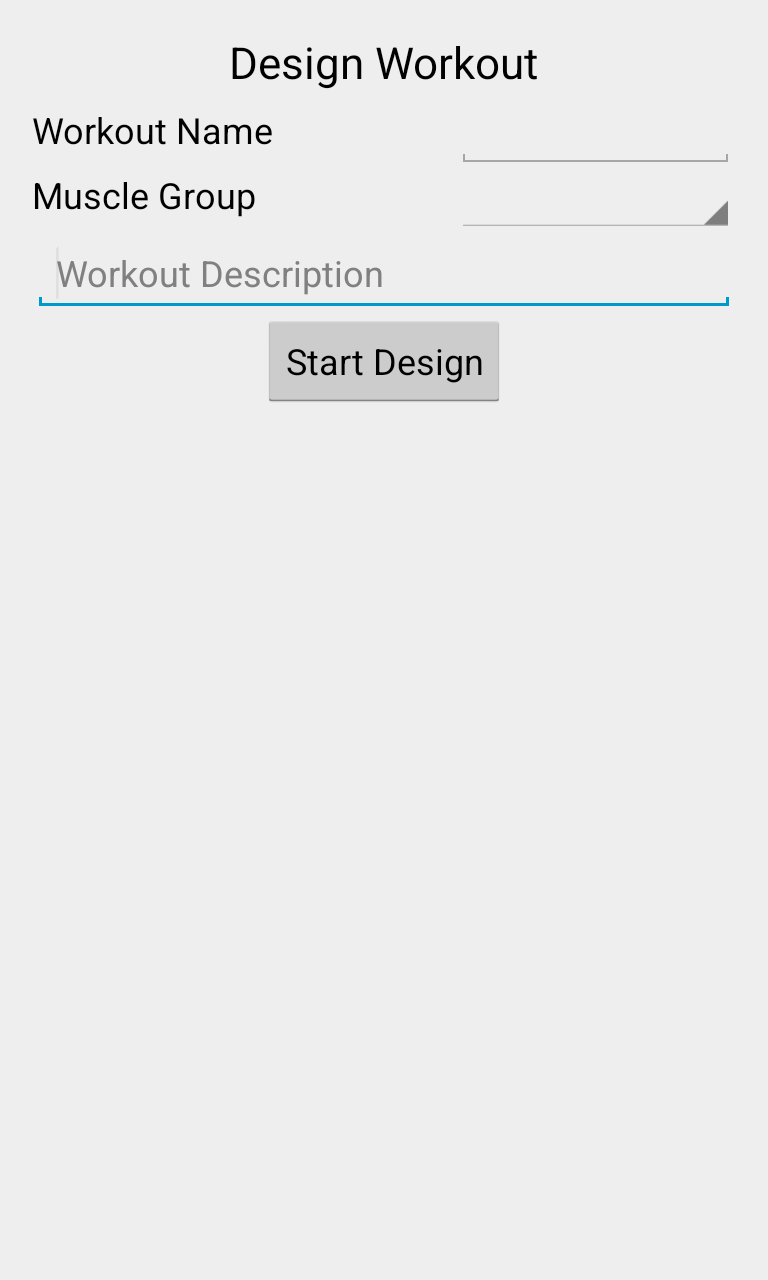
Repository: jmcdon09/EZWorkout
Layout: EzTrain/EzTrain/res/layout/activity_design_workout.xml
An editor plug-in stored every save of this project. The layout is shown before and after the next save, followed by the edit.
It is drawn on a 768 x 1280 px phone screen (xhdpi) without system bars, with theme AppTheme; the app's code is not run.

Above is the layout before, as saved 2014-03-30 14:39:09.

### EzTrain/EzTrain/res/layout/activity_design_workout.xml
<LinearLayout xmlns:android="http://schemas.android.com/apk/res/android"
    xmlns:tools="http://schemas.android.com/tools"
    android:id="@+id/LinearLayout1"
    android:layout_width="match_parent"
    android:layout_height="match_parent"
    android:orientation="vertical"
    android:background="@color/background"
    android:paddingBottom="@dimen/activity_vertical_margin"
    android:paddingLeft="@dimen/activity_horizontal_margin"
    android:paddingRight="@dimen/activity_horizontal_margin"
    android:paddingTop="@dimen/activity_vertical_margin"
    tools:context=".DesignWorkout" >

    <TextView
        android:id="@+id/design_your_workout"
        android:layout_width="wrap_content"
        android:layout_gravity="center"
        android:layout_height="wrap_content"
        android:text="@string/design_work"
        android:textAppearance="?android:attr/textAppearanceLarge" />

    <LinearLayout android:layout_width="fill_parent" android:layout_height="wrap_content"
        android:weightSum="100" >
        <TextView
	        android:id="@+id/design_name"
	        android:layout_weight="40"
	        android:layout_width="fill_parent"
    	    android:layout_height="wrap_content"
        	android:text="@string/workout_name"
        	android:textAppearance="?android:attr/textAppearanceMedium" />

    	<EditText
    	    android:layout_weight="60"
        	android:id="@+id/design_name_enter"
        	android:layout_width="fill_parent"
        	android:layout_height="wrap_content"
        	android:inputType="text"
        	android:ems="10" >

        	<requestFocus />
    	</EditText>
	</LinearLayout>

    <LinearLayout android:layout_width="fill_parent" android:layout_height="wrap_content"
        android:weightSum="100" >
	    <TextView
	        android:id="@+id/design_muscle_group"
	        android:layout_width="fill_parent"
	        android:layout_height="wrap_content"
	        android:text="@string/muscle_group"
	        android:layout_weight="40"
	        android:textAppearance="?android:attr/textAppearanceMedium" />

	    <Spinner
	        android:id="@+id/muscle_group_spinner"
	        android:layout_weight="60"
	        android:layout_width="fill_parent"
	        android:layout_height="wrap_content" />

	</LinearLayout>


	<EditText
	    android:id="@+id/design_workout_notes_input"
	    android:layout_width="fill_parent"
	    android:layout_height="wrap_content"
        android:ems="10"
	    android:inputType="textMultiLine"
	    android:hint="@string/workout_description" >
        <requestFocus />
	</EditText>

    <Button
        android:id="@+id/design_workout_begin"
        android:layout_width="wrap_content"
        android:layout_height="wrap_content"
        android:layout_gravity="center"
        android:text="@string/begin_design" />

</LinearLayout>

### EzTrain/EzTrain/res/values-v11/styles.xml
<?xml version="1.0" encoding="utf-8"?>
<resources>

    <!--
        Base application theme for API 11+. This theme completely replaces
        AppBaseTheme from res/values/styles.xml on API 11+ devices.
    -->
    <style name="AppBaseTheme" parent="android:Theme.Holo.Light">
        <!-- API 11 theme customizations can go here. -->
    </style>

    <style name="FullscreenTheme" parent="android:Theme.Holo">
        <item name="android:actionBarStyle">@style/FullscreenActionBarStyle</item>
        <item name="android:windowActionBarOverlay">true</item>
        <item name="android:windowBackground">@null</item>
        <item name="buttonBarStyle">?android:attr/buttonBarStyle</item>
        <item name="buttonBarButtonStyle">?android:attr/buttonBarButtonStyle</item>
    </style>

    <style name="FullscreenActionBarStyle" parent="android:Widget.Holo.Light.ActionBar">
        <item name="android:background">@color/action_bar_background</item>
        <item name="android:actionMenuTextColor">@color/black_overlay</item>
    </style>

</resources>

### EzTrain/EzTrain/res/values-v14/styles.xml
<resources xmlns:android="http://schemas.android.com/apk/res/android">

    <!--
        Base application theme for API 14+. This theme completely replaces
        AppBaseTheme from BOTH res/values/styles.xml and
        res/values-v11/styles.xml on API 14+ devices.
    -->
    <style name="AppBaseTheme" parent="@android:style/Theme.Holo.Light.DarkActionBar">
        <!-- API 14 theme customizations can go here. -->
        <item name="android:actionBarStyle">@style/MyActionBar</item>


    </style>

    <style name="MyActionBar" parent="@android:style/Widget.Holo.Light.ActionBar">
        <item name="android:background">@color/action_bar_background</item>
        <item name="android:titleTextStyle">@style/MyActionBarTitle</item>
    </style>

	<style name="MyActionBarTitle" parent="@android:style/TextAppearance.Holo.Widget.ActionBar.Title">
	    <item name="android:textColor">@color/title</item>

	</style>

	<style name="LargeTableText">
	    <item name="android:textAppearance">?android:attr/textAppearanceSmall</item>
	</style>



</resources>

### EzTrain/EzTrain/res/values/colors.xml
<resources>

    <color name="action_bar_background">#4db6af</color>
    <color name="black_overlay">#66000000</color>
    <color name="background">#eee</color>
    <color name="font">#444</color>
    <color name="accent">#ccc</color>
    <color name="title">#FFF</color>

</resources>

### EzTrain/EzTrain/res/values/strings.xml
<?xml version="1.0" encoding="utf-8"?>
<resources>

    <string name="app_name">EZWorkout</string>

    <string-array name="muscle_groups">
        <item>Arms</item>
        <item>Abdominals</item>
        <item>Chest</item>
        <item>Back</item>
        <item>Legs</item>
        <item>Shoulders</item>
    </string-array>

    <string-array name="my_workouts">
        <item>Biceps</item>
        <item>Major Chest Workout</item>
        <item>Leg Destroyer</item>
        <item>Ab Crusher</item>
    </string-array>

    <string-array name="chest">
        <item>Benchpress</item>
        <item>Butterflys</item>
        <item>Push Ups</item>
        <item>Iron Cross</item>
        <item>Decline Dumbell Press</item>
        <item></item>
    </string-array>

    <string-array name="arms">
        <item>Bicep Curls</item>
        <item>Spider Curls</item>
        <item>Tricep Dips</item>
        <item>Skullcrushers</item>
        <item>French Press</item>
    </string-array>

    <string-array name="shoudlers">
        <item>Shoulder Abduction</item>
        <item>Military Press</item>
    </string-array>

    <string-array name="abdominals">
        <item>Crunches</item>
        <item>Russian Twists</item>
        <item>Sit-ups</item>
        <item>Toe Touches</item>
    </string-array>

    <string-array name="legs">
        <item>One Legged Squats</item>
        <item>Romanian Deadlifts</item>
        <item>Trap Bar Deadlifts</item>
        <item>Box Jumps</item>
    </string-array>

    <string-array name="back">
        <item>Standing Good Mornings</item>
        <item>Seated Good Mornings</item>
        <item>Reverse Hypers</item>
        <item>Chin Ups</item>
    </string-array>

    <string name="workout_now">Start Workout</string>
    <string name="progress">My Progress</string>
    <string name="design_work">Design Workout</string>
    <string name="title_activity_start_workout">Start Workout</string>
    <string name="title_activity_my_progress">My Progress</string>
    <string name="title_activity_design_workout">Design Workout</string>
    <string name="title_activity_add_exercises">Add Exercises</string>
    <string name="title_activity_create_exercise">Create Exercise</string>
    <string name="title_activity_preview_workout">Preview Workout</string>
    <string name="title_activity_my_workouts">My Workouts</string>
    <string name="title_activity_workout">Workout</string>
    <string name="title_activity_active_workout">Active Workout</string>
    <string name="workout_name">Workout Name</string>
    <string name="return_workout"></string>
    <string name="action_settings">Action Settings</string>
    <string name="add_exercise_to_workout">Add Exercises to </string>
    <string name="add_exercise">Add Exercise</string>
    <string name="begin_design">Start Design</string>
    <string name="create_exercise">Create Exercise</string>
    <string name="muscle_group">Muscle Group</string>
    <string name="workout_description">Workout Description</string>
    <string name="my_workouts">My Workouts</string>
    <string name="start_workout">Start Workout</string>
    <string name="browse_workouts">Browse Workouts</string>
    <string name="exercise_name">Exercise Name</string>
    <string name="rep_hint">Rep hint goes here</string>
    <string name="action_home">Home</string>
    <string name="exercise1">Bench press </string>
    <string name="set1">4</string>
    <string name="rep1">12</string>
    <string name="hello_world">Hello world!</string>
    <string name="preview_workout">Preview Workout</string>
    <string name="title_activity_preview_design">Preview Design</string>
    <string name="exercise">Exercise</string>
    <string name="sets">Sets</string>
    <string name="reps">Reps</string>
    <string name="weight">Weight</string>
    <string name="error_design_fill_sections">Fill out all sections before clicking Add Exercise!</string>
    <string name="error_empty_preview">Need at least one exercise added before preview!</string>
    <string name="save_workout">Save Workout</string>



</resources>

Loaded but not shown: EzTrain/EzTrain/res/values/styles.xml (common file); EzTrain/EzTrain/res/values/dimens.xml (common file)

After the next save:
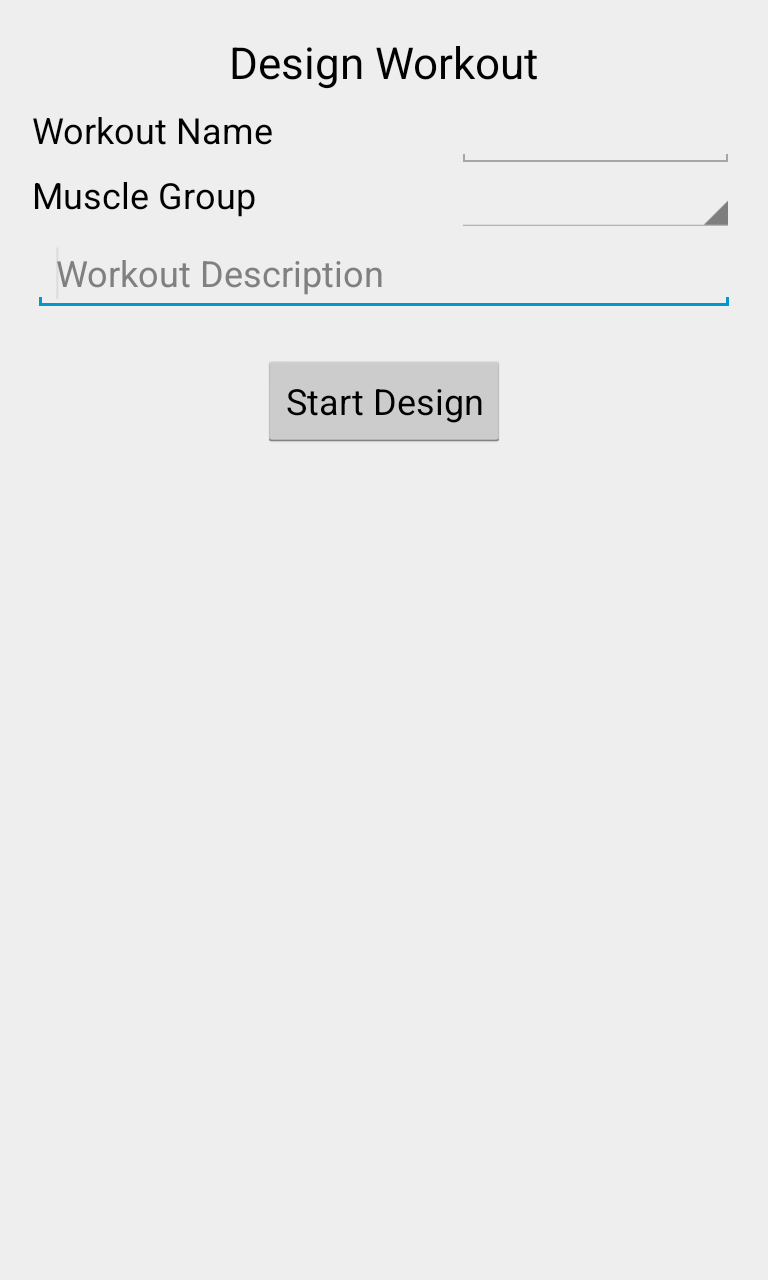
Saved 35 s later.
--- a/EzTrain/EzTrain/res/layout/activity_design_workout.xml
+++ b/EzTrain/EzTrain/res/layout/activity_design_workout.xml
@@ -75,6 +75,7 @@
         android:layout_width="wrap_content"
         android:layout_height="wrap_content"
         android:layout_gravity="center"
+        android:layout_marginTop="20dp"
         android:text="@string/begin_design" />
 
 </LinearLayout>
